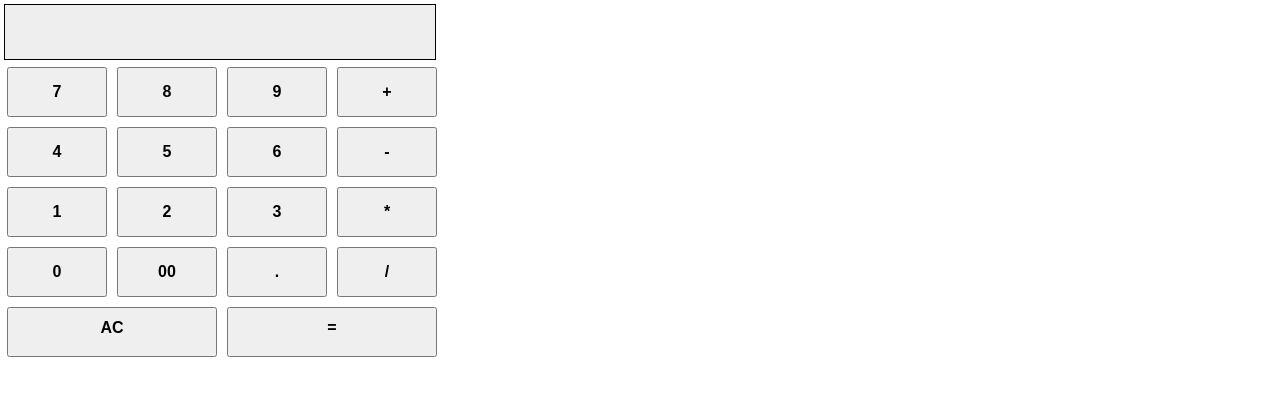
Repository: Kokoro-jp/calculatorApp
Page: index.html
The author's editor kept a record of every edit. The page is drawn from the files as they stood at one moment, then again after the next edit.
The browser window is 1280 px wide. The pictures show the whole page.

Above is the page before.

After the next edit:
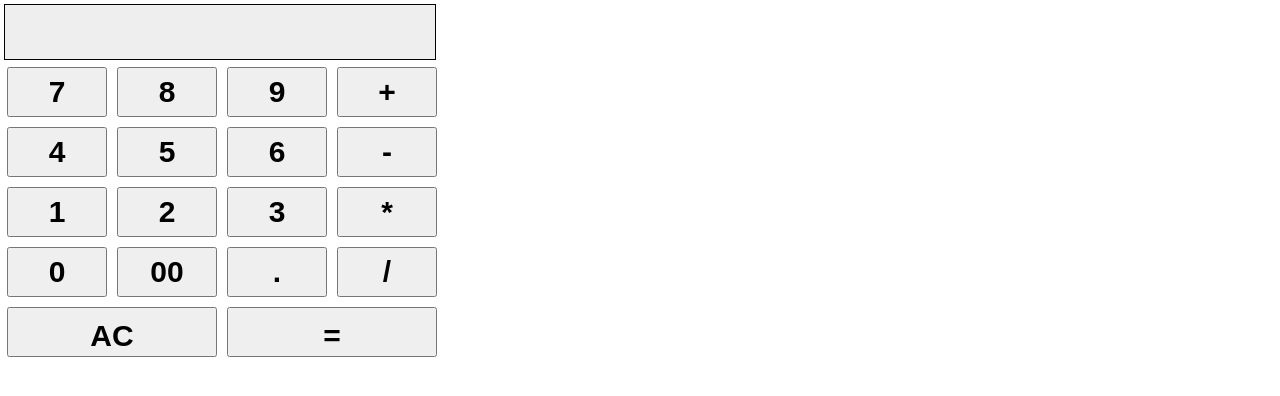
The edit:
--- a/main.css
+++ b/main.css
@@ -10,7 +10,7 @@
     outline: none;
     box-shadow: none;
     margin: 5px;
-    font-size: 16px;
+    font-size: 30px;
     font-weight: bold;
 }
 
